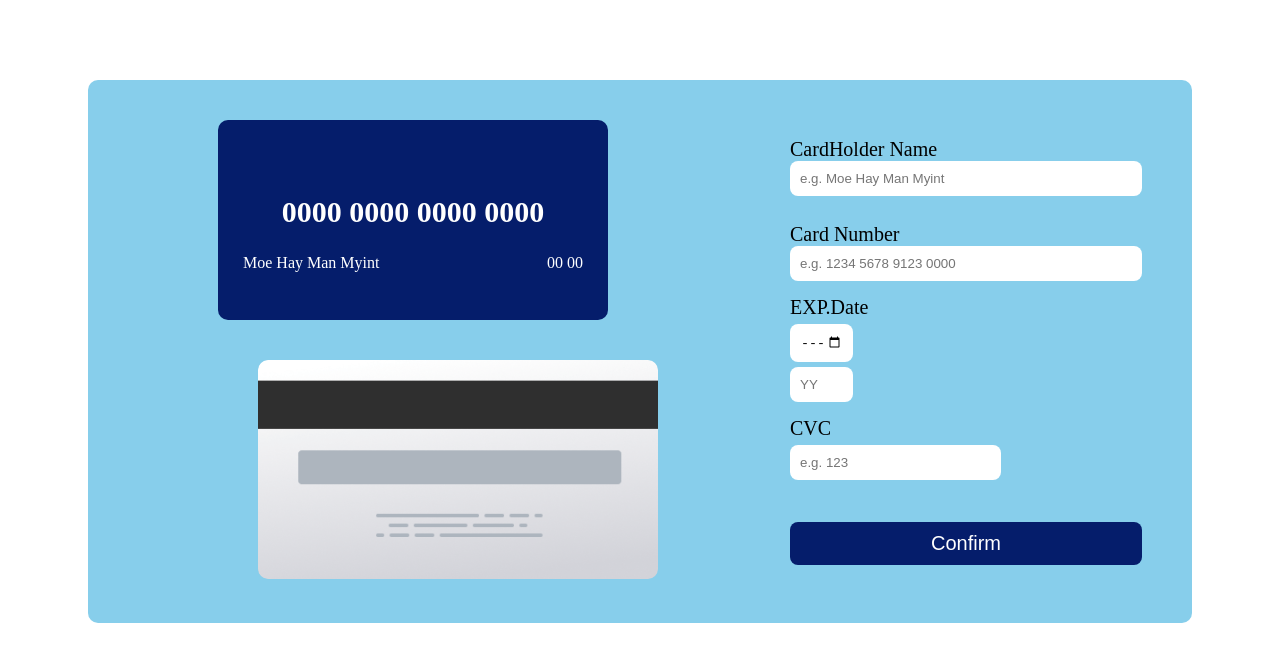
Repository: moehaymanmyint/Interactive-Card-Details-Form
Page: index.html
An editor plug-in stored every save of this project. The page is shown before and after the next save, followed by the edit.
The browser window is 1280 px wide. The pictures show the whole page.

Above is the page before, as saved 2024-10-17 22:29:20.

After the next save:
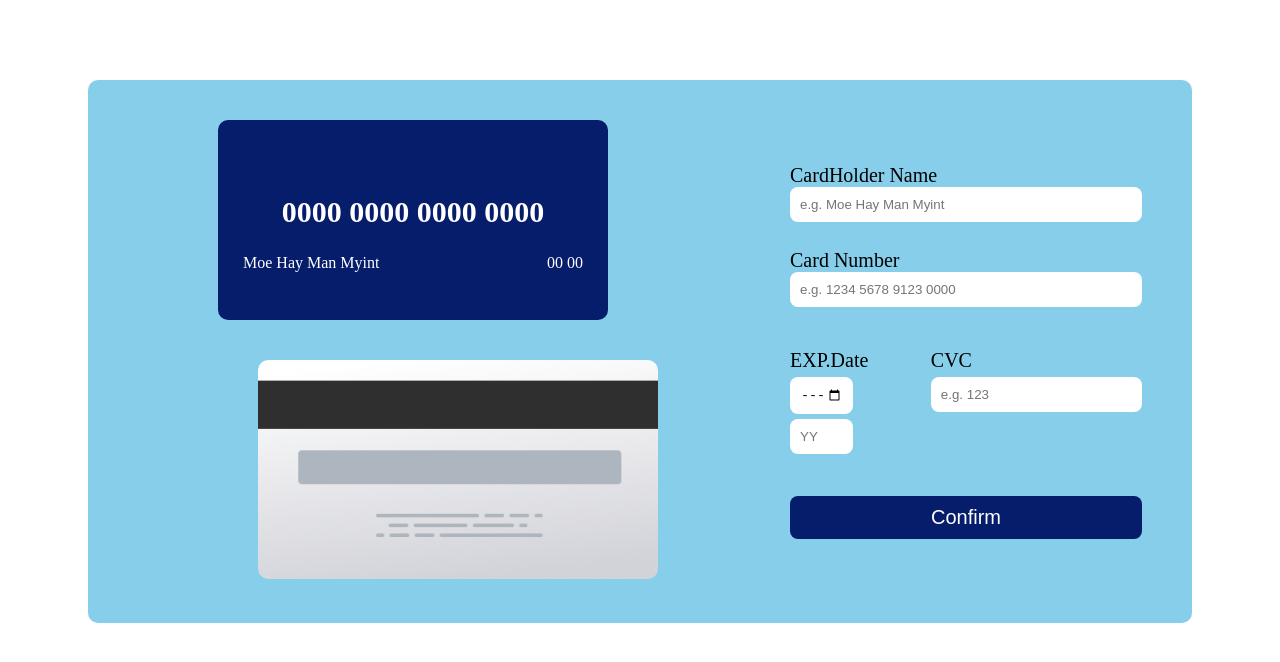
Saved 100 s later.
--- a/index.html
+++ b/index.html
@@ -34,7 +34,7 @@
             </div>
             <div class="card-number">
                 <label for="">Card Number</label><br>
-                <input type="text" placeholder="e.g. 1234 5678 9123 0000" class="card-input" id="number-input>
+                <input type="text" placeholder="e.g. 1234 5678 9123 0000" class="card-input" id="number-input">
             </div>
             <div class="card-info">
                 <div class="" style="width: 40%;">
